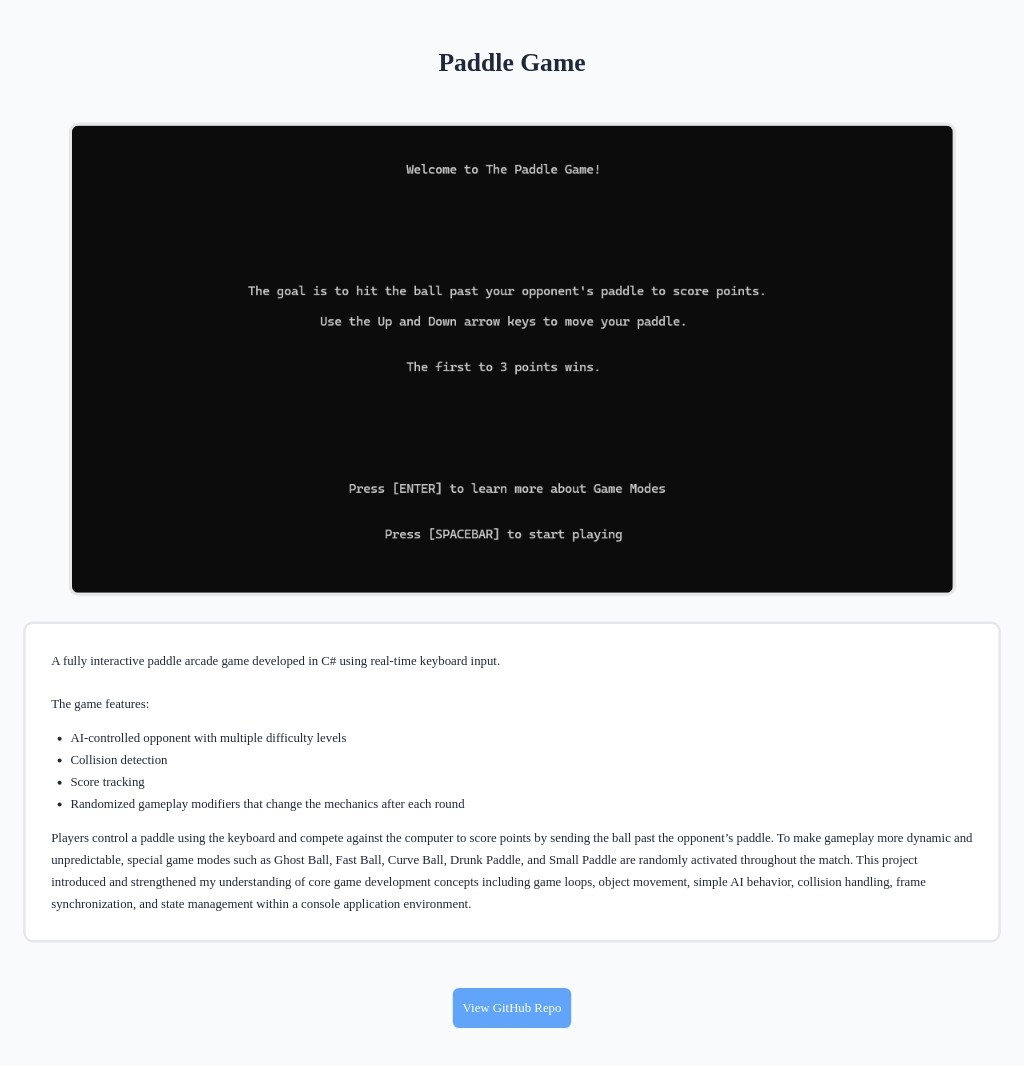
Repository: alison-cunningham/alison-cunningham
Page: pages/paddle-game.html
An editor plug-in stored every save of this project. The page is shown before and after the next save, followed by the edit.
The browser window is 1280 px wide. The pictures show the whole page, at 80% of full size.
Some web fonts or font styles are not loaded; a fallback is used.

Above is the page before, as saved 2026-05-08 21:13:40.

### pages/paddle-game.html
<!DOCTYPE html>
<html lang="en">
<head>
    <meta charset="UTF-8" />
    <title>Project - Paddle Game</title>
    <meta name="viewport" content="width=device-width, initial-scale=1.0">
    <link rel="stylesheet" href="../styles/globals.css"/>
    <link rel="stylesheet" href="../styles/pages.css">
</head>
<body>
    <header class="project-header">
        <h1>Paddle Game</h1>
    </header>

    <img src="../assets/images/paddle-game-screenshot-2.png" alt="Screenshot from Paddle Game gameplay">

    <section class="project-description">
        A fully interactive paddle arcade game developed in C# using real-time keyboard input.

        <br><br>

        The game features:
        <ul>
            <li>AI-controlled opponent with multiple difficulty levels</li>
            <li>Collision detection</li>
            <li>Score tracking</li>
            <li>Randomized gameplay modifiers that change the mechanics after each round</li>
        </ul>

        Players control a paddle using the keyboard and compete against the computer to score points by sending the ball past the opponent’s paddle.
        To make gameplay more dynamic and unpredictable, special game modes such as Ghost Ball, Fast Ball, Curve Ball, Drunk Paddle, and Small Paddle are randomly activated throughout the match.
        This project introduced and strengthened my understanding of core game development concepts including game loops, object movement, simple AI behavior, collision handling, frame synchronization, and state management within a console application environment.
    </section>

    <br>
    <a class="project-link" href="https://github.com/alison-cunningham/PaddleGame-2D-Collision-Simulation.git">
        View GitHub Repo
    </a>

</body>

</html>

### styles/globals.css
@font-face{
    font-family: 'Radio-Canada';
    src: url('../assets/fonts/Radio_Canada/RadioCanada-VariableFont_wdth\,wght.ttf')
}



body{
    font-family: 'Radio-Canada';

    background-color: #f8fafc;
    color: #1e293b;

    line-height: 1.6;
    font-size: 1rem;

    margin: 0;
    overflow-x: hidden;
}


a{
    text-decoration: none;
    color: inherit;
}

h3{
    font-size: 1.4rem;
    margin-bottom: 1rem;
    color: #0f172a;
}

### styles/pages.css
.project-header{
    display: grid;
    justify-content: center;
    text-align: center;

    padding: 2rem 1rem 1rem;
}

header{
    display: grid;
    justify-content: center;
    text-align: center;
}

h1{
    margin-bottom: 0;
}

nav{
    width: 100%;
    background-color: #ffffff;

    border-bottom: .2rem solid #e5e7eb;
    border-top: .2rem solid #e5e7eb;

    display: flex;
    flex-direction: row;
    justify-content: space-evenly;

    align-items: center;

}

nav a{

    flex: 0 0 auto;

    text-decoration: none;
    color: #60a5fa;

    padding: 1rem;
    border-radius: .5rem;

    font-size: 1.1rem;
    font-weight: 600;

    transition:
    background-color 0.3s ease,
    color 0.3s ease,
    transform 0.2s ease;
}

nav a:hover{
    background-color: #34d399;
    color: white;
}

img{
    display: block;
    max-width: 90%;
    margin: 2rem auto;
    border: .3rem solid #e5e7eb;
    border-radius: .75rem;
}

.project-description{
    max-width: 90%;

    margin: 0 auto 2rem;
    padding: 2rem;

    background-color: #ffffff;
    border: .2rem solid #e5e7eb;
    border-radius: .75rem;

    line-height: 1.7;
}

.project-description ul{
    margin-top: 1rem;
    margin-bottom: 1rem;
    padding-left: 1.5rem;
}

.project-link{
    display: block;
    width: fit-content;

    margin: 0 auto 3rem;
    padding: .75rem;

    background-color: #60a5fa;
    color: white;

    text-decoration: none;

    border-radius: .5rem;

    transition: background-color 0.3s ease;
    transition: transform 0.2s ease;
}

.project-link:hover{
    background-color: #34d399;
}

iframe{
    width: 100%;
    min-height: 80vh;
    border: 0;
}

After the next save:
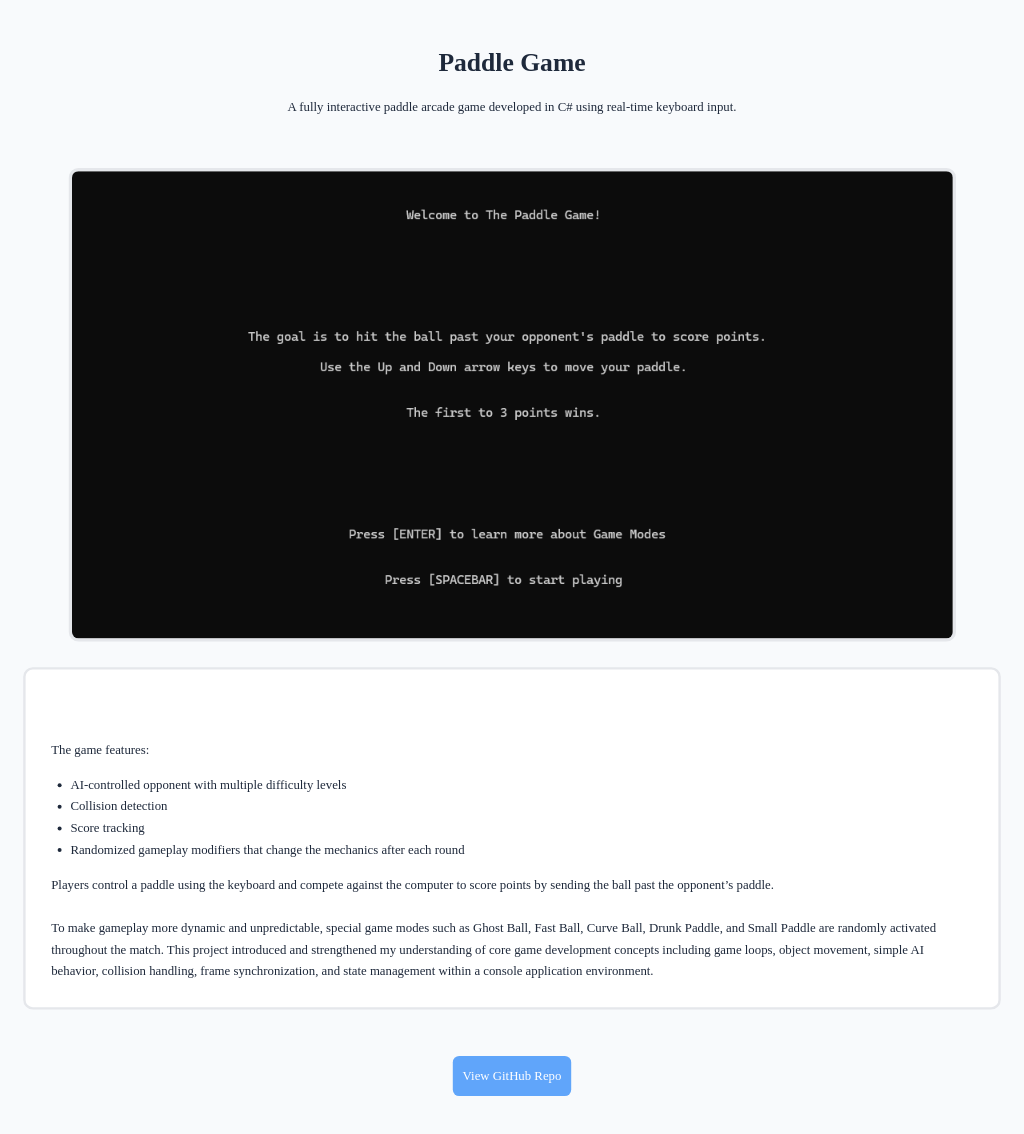
Saved 2 min 53 s later.
--- a/pages/paddle-game.html
+++ b/pages/paddle-game.html
@@ -10,12 +10,14 @@
 <body>
     <header class="project-header">
         <h1>Paddle Game</h1>
+        <p>
+            A fully interactive paddle arcade game developed in C# using real-time keyboard input.
+        </p>
     </header>
 
     <img src="../assets/images/paddle-game-screenshot-2.png" alt="Screenshot from Paddle Game gameplay">
 
     <section class="project-description">
-        A fully interactive paddle arcade game developed in C# using real-time keyboard input.
 
         <br><br>
 
@@ -28,6 +30,7 @@
         </ul>
 
         Players control a paddle using the keyboard and compete against the computer to score points by sending the ball past the opponent’s paddle.
+        <br><br>
         To make gameplay more dynamic and unpredictable, special game modes such as Ghost Ball, Fast Ball, Curve Ball, Drunk Paddle, and Small Paddle are randomly activated throughout the match.
         This project introduced and strengthened my understanding of core game development concepts including game loops, object movement, simple AI behavior, collision handling, frame synchronization, and state management within a console application environment.
     </section>
